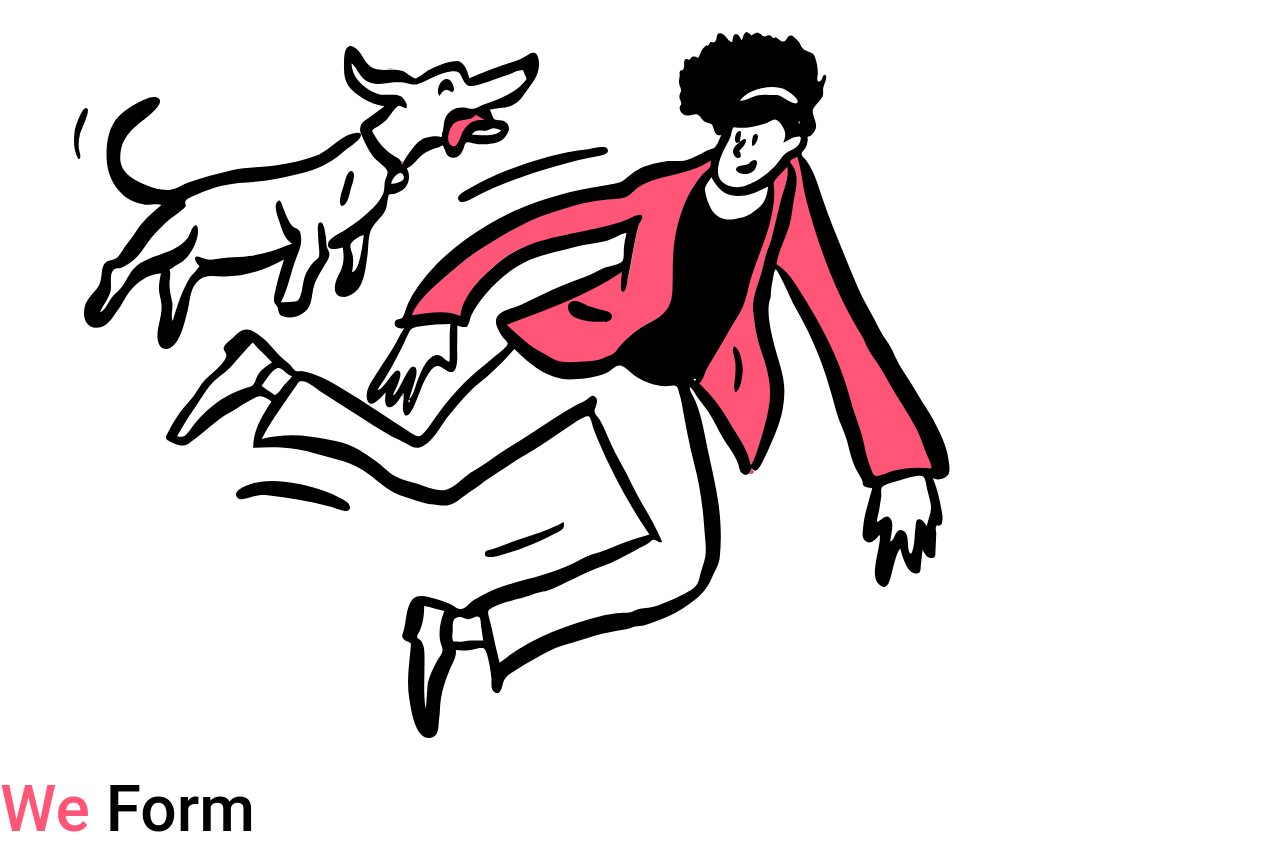
Repository: guilhermecardoso93/we-form
Page: index.html
The author's editor kept a copy of each file at every save. The page is drawn from the files as they stood at one save, then again after the next save.
The browser window is 1280 px wide. The pictures show the whole page.

Above is the page before, as saved 2024-06-09 11:56:45.

### index.html
<!DOCTYPE html>
<html lang="pt-BR">

<head>
    <meta charset="UTF-8">
    <meta name="viewport" content="width=device-width, initial-scale=1.0">
    <link rel="stylesheet" href="./styles.css">
    <title>We Form</title>
</head>

<body>
    <div class="content">
        <aside>
            <img src="./assets/hero.svg" alt="Ilustração mulher com cachorro" />
            <h1>
                <span>We</span> Form
            </h1>
        </aside>
        <main>

        </main>
    </div>
</body>

</html>

### styles.css
* {
  padding: 0;
  margin: 0;
  box-sizing: border-box;

}

aside h1 {
  font-family: Roboto, sans-serif;
  font-size: 64px;
  font-weight: 500;
  line-height: 75px;
}

aside h1>span {
  color: #FF5678;
}


.content {}

After the next save:
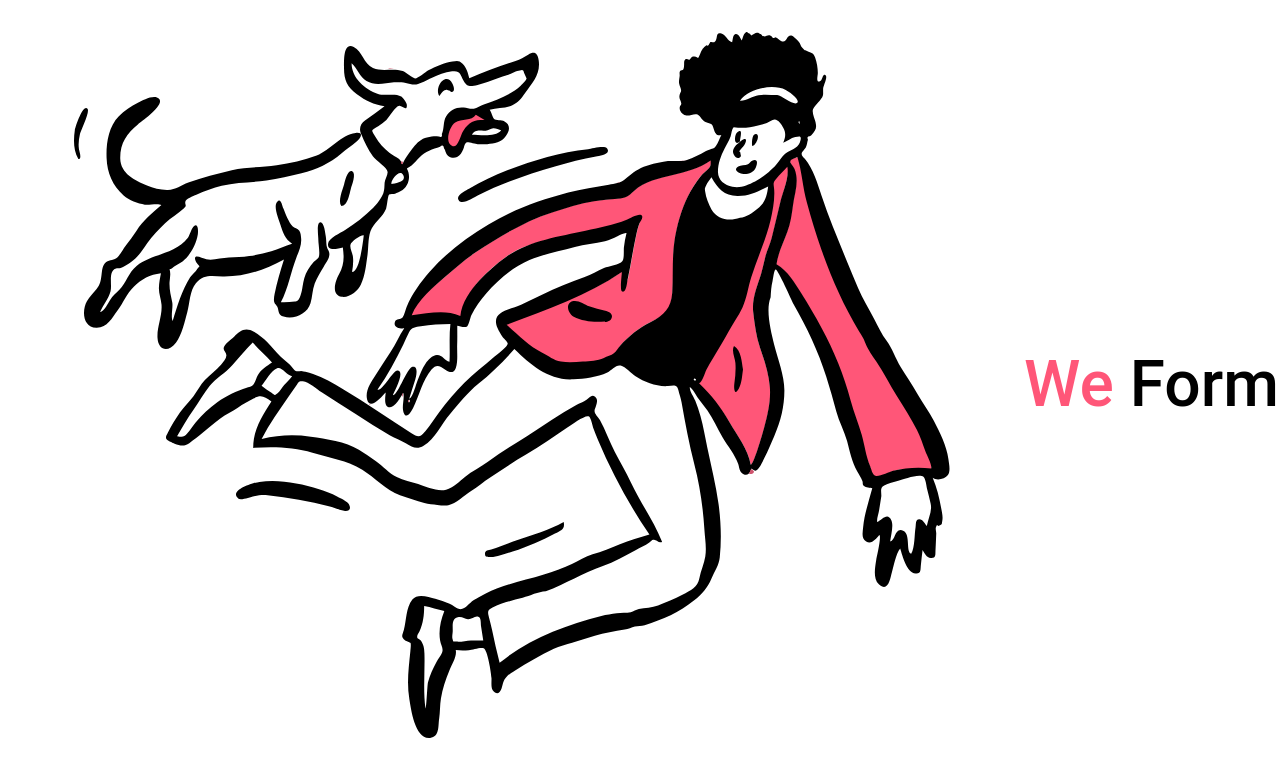
Saved 32 s later.
--- a/styles.css
+++ b/styles.css
@@ -3,6 +3,11 @@
   margin: 0;
   box-sizing: border-box;
 
+}
+
+aside {
+  display: flex;
+  align-items: center;
 }
 
 aside h1 {
